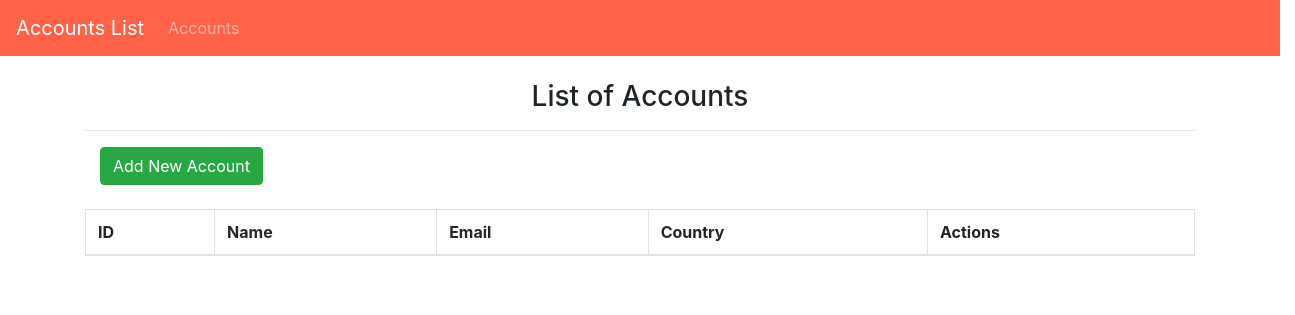
Repository: rukmini10/DXC
Page: http://localhost/Account/user-list.jsp
These files come from the project's save history. The page is drawn as it stood at one moment and after the next save; the edit follows.
The browser window is 1280 px wide. The page is 1295 px wide, so the pictures cover 1295 px, including what lies to the right of the window. The pictures show the whole page.
The page is served by Tomcat 9.

Above is the page before, as saved 2022-05-05 06:01:20.

After the next save:
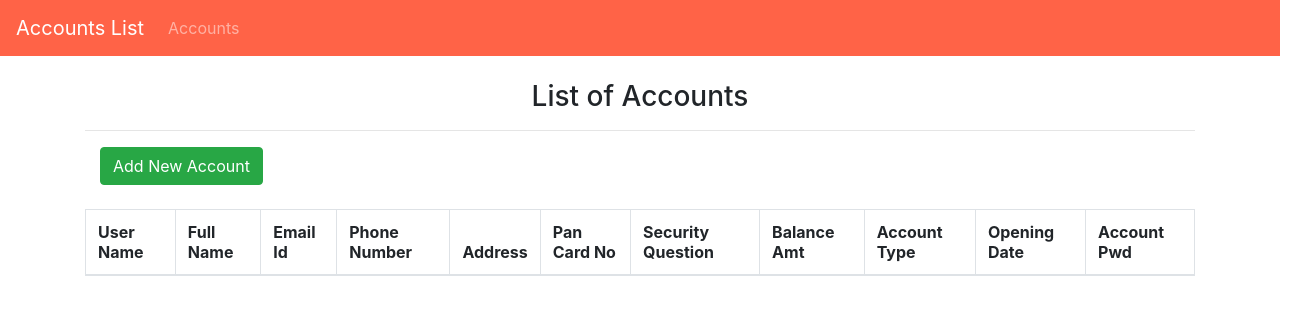
Saved 3 min 31 s later.
--- a/DXC_MAVEN/Account/src/main/webapp/user-list.jsp
+++ b/DXC_MAVEN/Account/src/main/webapp/user-list.jsp
@@ -37,11 +37,17 @@
                     <table class="table table-bordered">
                         <thead>
                             <tr>
-                                <th>ID</th>
-                                <th>Name</th>
-                                <th>Email</th>
-                                <th>Country</th>
-                                <th>Actions</th>
+                                <th>User Name</th>
+                                <th>Full Name</th>
+                                <th>Email Id</th>
+                                <th>Phone Number</th>
+                                <th>Address</th>
+                                <th>Pan Card No</th>
+                                <th>Security Question</th>
+                                <th>Balance Amt</th>
+                                <th>Account Type</th>
+                                <th>Opening Date</th>
+                                <th>Account Pwd</th>
                             </tr>
                         </thead>
                         <tbody>
